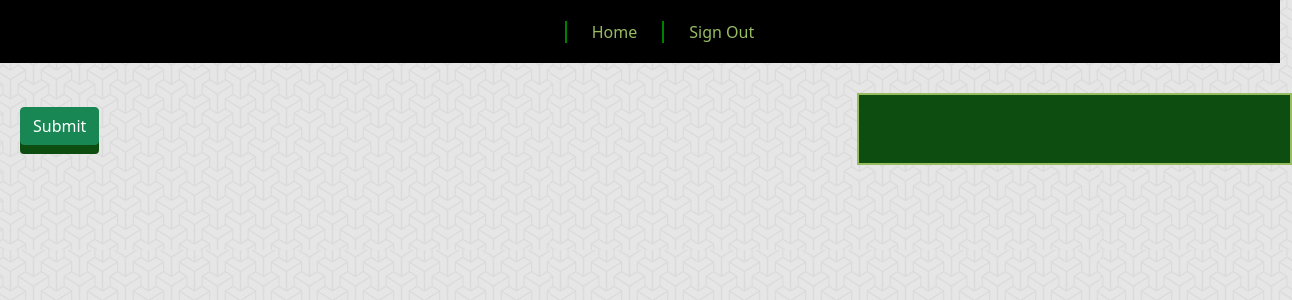
Repository: kavine24/CS490-Python-LMS
Page: html/portal/s/TakeQuiz.html
The author's editor kept a copy of each file at every save. The page is drawn from the files as they stood at one save, then again after the next save.
The browser window is 1280 px wide. The page is 1292 px wide, so the pictures cover 1292 px, including what lies to the right of the window. The pictures show the whole page.
The page's requests for data from a server got no answer.

Above is the page before, as saved 2022-04-20 19:19:44.

After the next save:
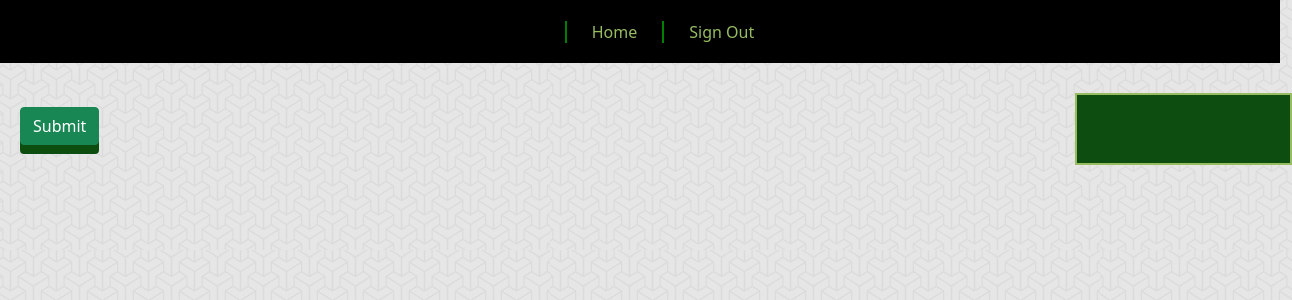
Saved 3 min 57 s later.
--- a/html/portal/s/TakeQuiz.html
+++ b/html/portal/s/TakeQuiz.html
@@ -16,13 +16,13 @@
       <br>
     </header>
     <div class="row">
-      <div id="testForm" class="col-8">
+      <div id="testForm" class="col-10">
         <form id="takeExamForm"onsubmit="submitForm()">
             <br>
             <input id="submit" type="submit" placeholder="Submit" class="btn btn-success submit"></input>
         </form>
       </div>
-      <div id="legend" class="col-4 legend">
+      <div id="legend" class="col-2 legend">
         <ul id="legendUL" class="nav flex-column">
         </ul>
       </div>

After the save that followed:
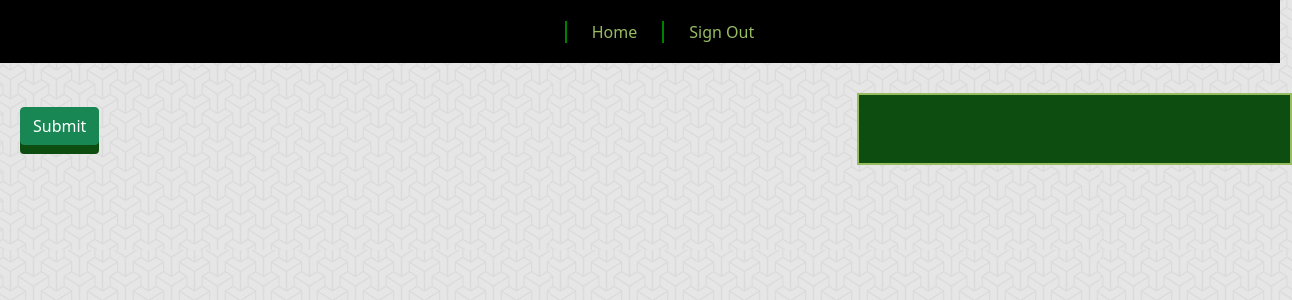
Saved 10 s later.
--- a/html/portal/s/TakeQuiz.html
+++ b/html/portal/s/TakeQuiz.html
@@ -16,13 +16,13 @@
       <br>
     </header>
     <div class="row">
-      <div id="testForm" class="col-10">
+      <div id="testForm" class="col-8">
         <form id="takeExamForm"onsubmit="submitForm()">
             <br>
             <input id="submit" type="submit" placeholder="Submit" class="btn btn-success submit"></input>
         </form>
       </div>
-      <div id="legend" class="col-2 legend">
+      <div id="legend" class="col-4 legend">
         <ul id="legendUL" class="nav flex-column">
         </ul>
       </div>
